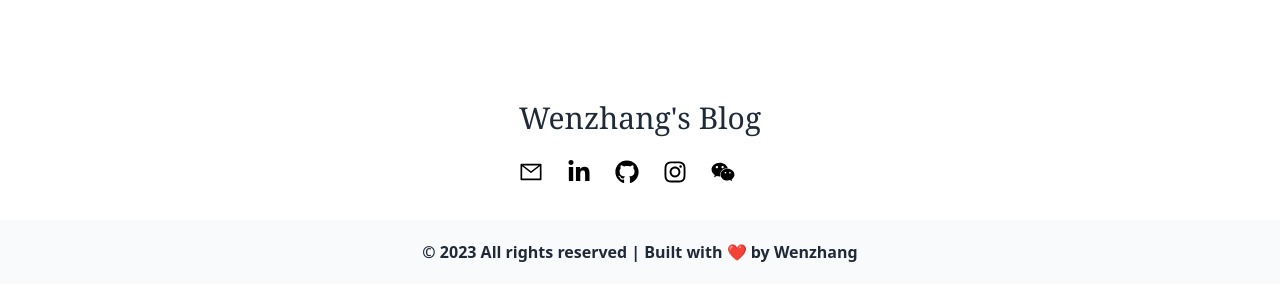
Repository: RealWenzhangGe/Wenzhang-s-Blog
Page: /components/Footer
These files come from the project's save history. The page is drawn as it stood at one moment and after the next save; the edit follows.
The browser window is 1280 px wide. The pictures show the whole page.
The project was rebuilt for these pictures with package versions that can differ from the ones it lists, and the page was loaded fresh each time. The framework's server and built-in components were replaced by stand-ins that run in the browser. Also part of the build but not shown: next.config.js.

Above is the page before, as saved 2023-02-28 18:54:29.

### pages/components/Footer.tsx
import { AiOutlineMail } from "react-icons/ai";
import { FaLinkedinIn, FaGithub, FaInstagram, FaWeixin } from "react-icons/fa";
import { Button, Popover } from 'antd';
import Image from 'next/image'

const QRCodeImage = (
  <>
  <Image src="/QRCode.png" alt="QRCode" width="320" height="320"/>
  { /*
  <div>
    <p>Content</p>
    <p>Content</p>
  </div> */
  }
  </>
);

function Footer() {
 return (
   <>
     <div
       className="flex flex-col items-start justify-around w-full h-auto pt-20 md:flex-row"
       id="contact"
     >
       <div className="p-5">
         <ul>
           <p className="pb-6 font-serif text-3xl text-center text-gray-800 cursor-pointer">
             Wenzhang's Blog
           </p>
           <div className="flex gap-6 pb-4">
             <a href="mailto:wenzhangge06@qq.com">
               {" "}
               <AiOutlineMail className="text-2xl cursor-pointer hover:text-gray-600" />
             </a>
             <a
               href="https://www.linkedin.com/in/wenzhang-ge-5679a821b/"
               target="_blank"
             >
               {" "}
               <FaLinkedinIn className="text-2xl cursor-pointer hover:text-blue-600" />
             </a>
             <a href="https://github.com/RealWenzhangGe" target="_blank">
               {" "}
               <FaGithub className="text-2xl cursor-pointer hover:text-gray-600" />
             </a>
             <a href="https://www.instagram.com/wenzhang.ge/" target="_blank">
               {" "}
               <FaInstagram className="text-2xl cursor-pointer hover:text-gray-600" />
             </a>
             <Popover content={QRCodeImage} trigger="hover">
              {" "}
              <FaWeixin className="text-2xl cursor-pointer hover:text-gray-600" />
             </Popover>
            </div>
         </ul>
       </div>
     </div>
     <div className="flex flex-col items-center justify-center p-5 text-center bg-gray-50">
       <h1 className="font-semibold text-gray-800 ">
         © 2023 All rights reserved | Built with ❤ by{" "}
         <span className="font-semibold cursor-pointer hover:text-blue-600">
           Wenzhang{" "}
         </span>
       </h1>
     </div>
   </>
 );
}

export default Footer;

### tailwind.config.js
/** @type {import('tailwindcss').Config} */
module.exports = {
  content: [
    './pages/**/*.{js,ts,jsx,tsx}',
    './components/**/*.{js,ts,jsx,tsx}',
    './app/**/*.{js,ts,jsx,tsx}',
  ],
  theme: {
    extend: {},
  },
  plugins: []
}

Loaded but not shown: pages/_app.tsx (common file); styles/globals.css (common file)

After the next save:
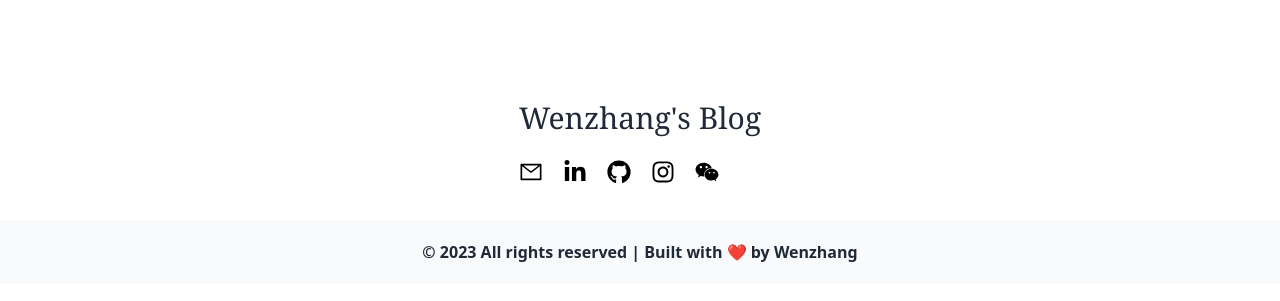
Saved 25 s later.
--- a/pages/components/Footer.tsx
+++ b/pages/components/Footer.tsx
@@ -27,7 +27,7 @@
            <p className="pb-6 font-serif text-3xl text-center text-gray-800 cursor-pointer">
              Wenzhang's Blog
            </p>
-           <div className="flex gap-6 pb-4">
+           <div className="flex gap-5 pb-4">
              <a href="mailto:wenzhangge06@qq.com">
                {" "}
                <AiOutlineMail className="text-2xl cursor-pointer hover:text-gray-600" />

After the save that followed:
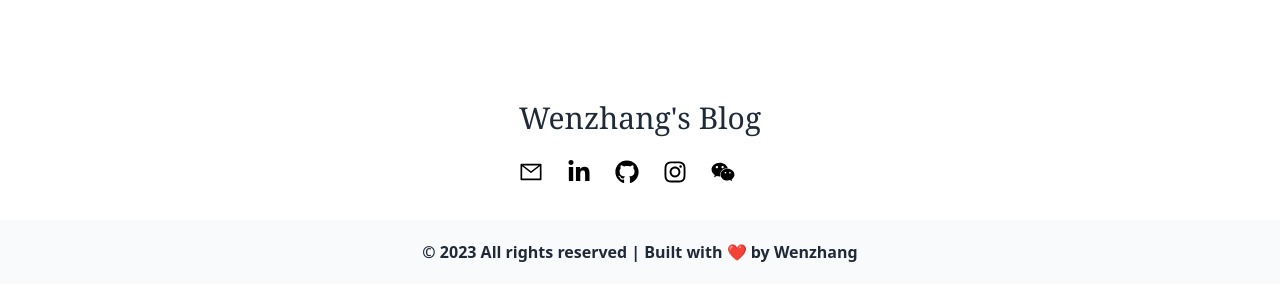
Saved 18 s later.
--- a/pages/components/Footer.tsx
+++ b/pages/components/Footer.tsx
@@ -27,7 +27,7 @@
            <p className="pb-6 font-serif text-3xl text-center text-gray-800 cursor-pointer">
              Wenzhang's Blog
            </p>
-           <div className="flex gap-5 pb-4">
+           <div className="flex gap-6 pb-4">
              <a href="mailto:wenzhangge06@qq.com">
                {" "}
                <AiOutlineMail className="text-2xl cursor-pointer hover:text-gray-600" />
